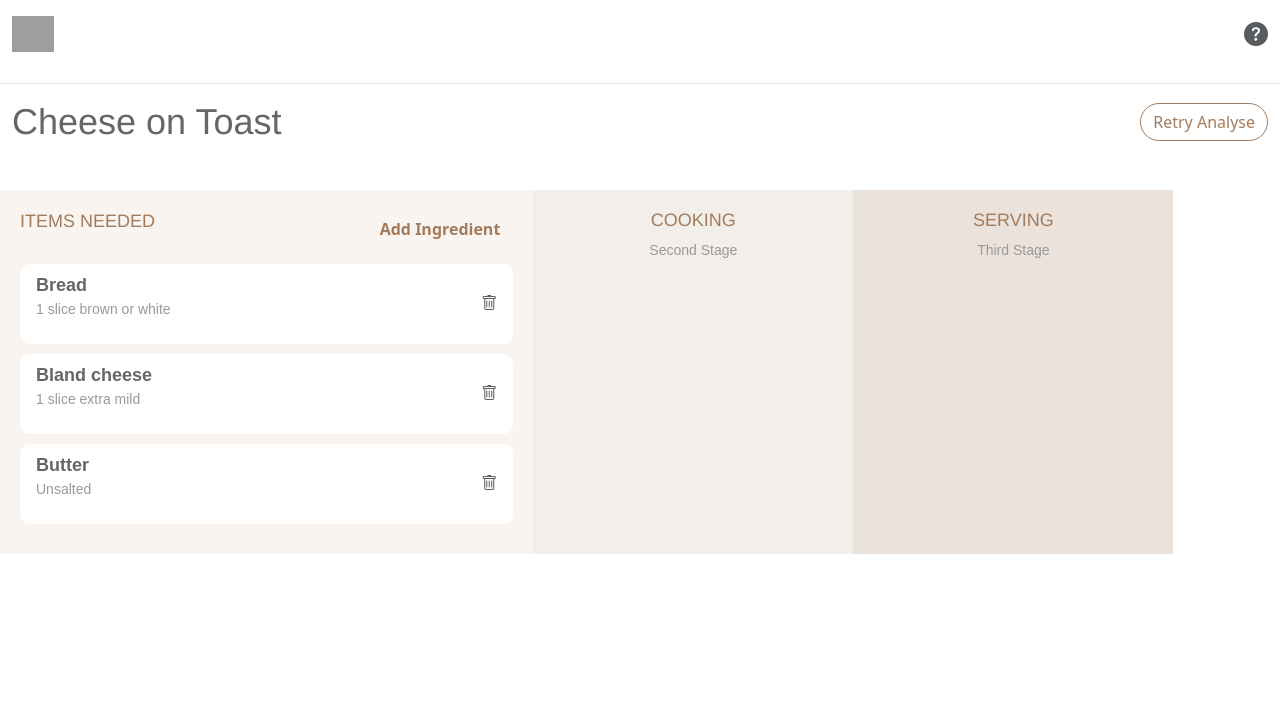
Repository: devashrisamani/SMC
Page: index.html
These files come from the project's save history. The page is drawn as it stood at one moment and after the next save; the edit follows.
The browser window is 1280 px wide. The pictures show the whole page.
Pictures or frames that could not be fetched are drawn as grey boxes.

Above is the page before, as saved 2024-10-09 15:33:41.

After the next save:
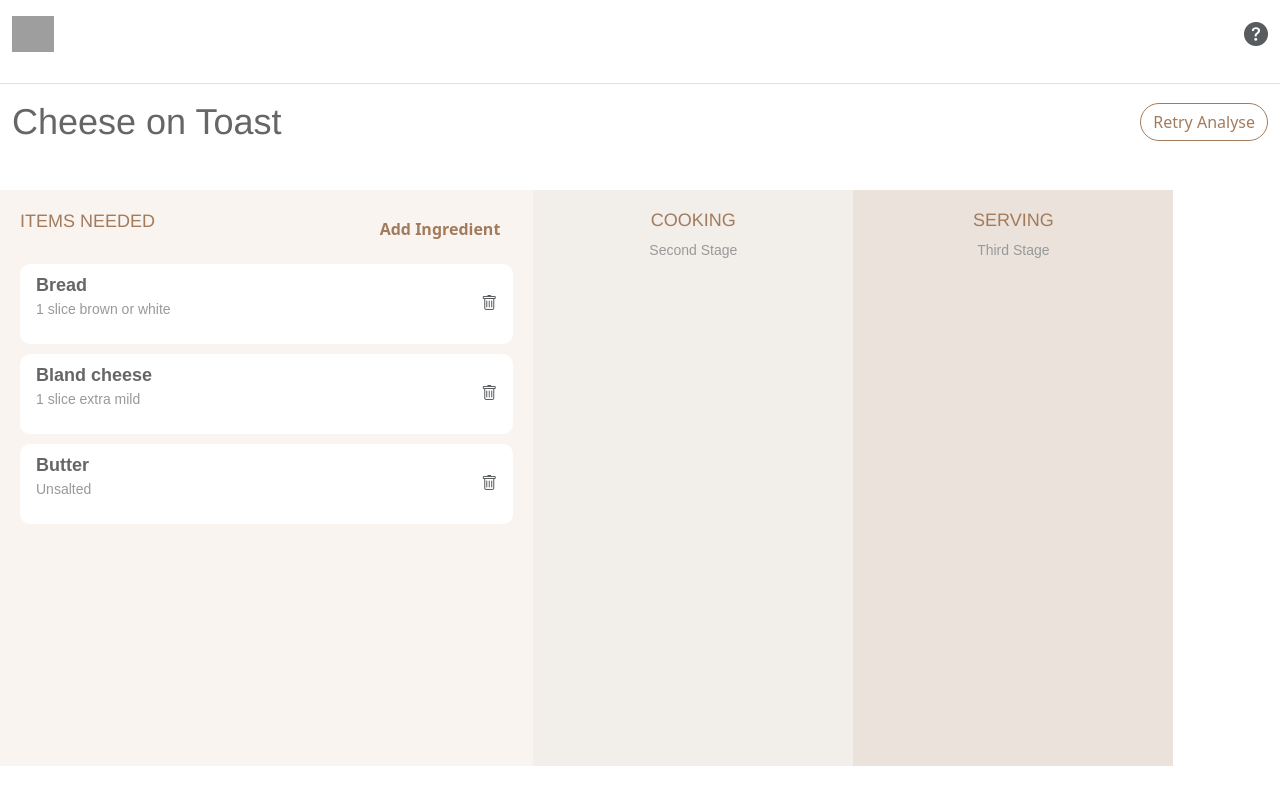
Saved 11 s later.
--- a/styles.css
+++ b/styles.css
@@ -38,7 +38,7 @@
   padding: 20px;
   /* height: 100%; */
   margin-bottom: 10px;
-  max-height: 100vh;
+  min-height: 80vh;
 }
 
 .items-needed {
